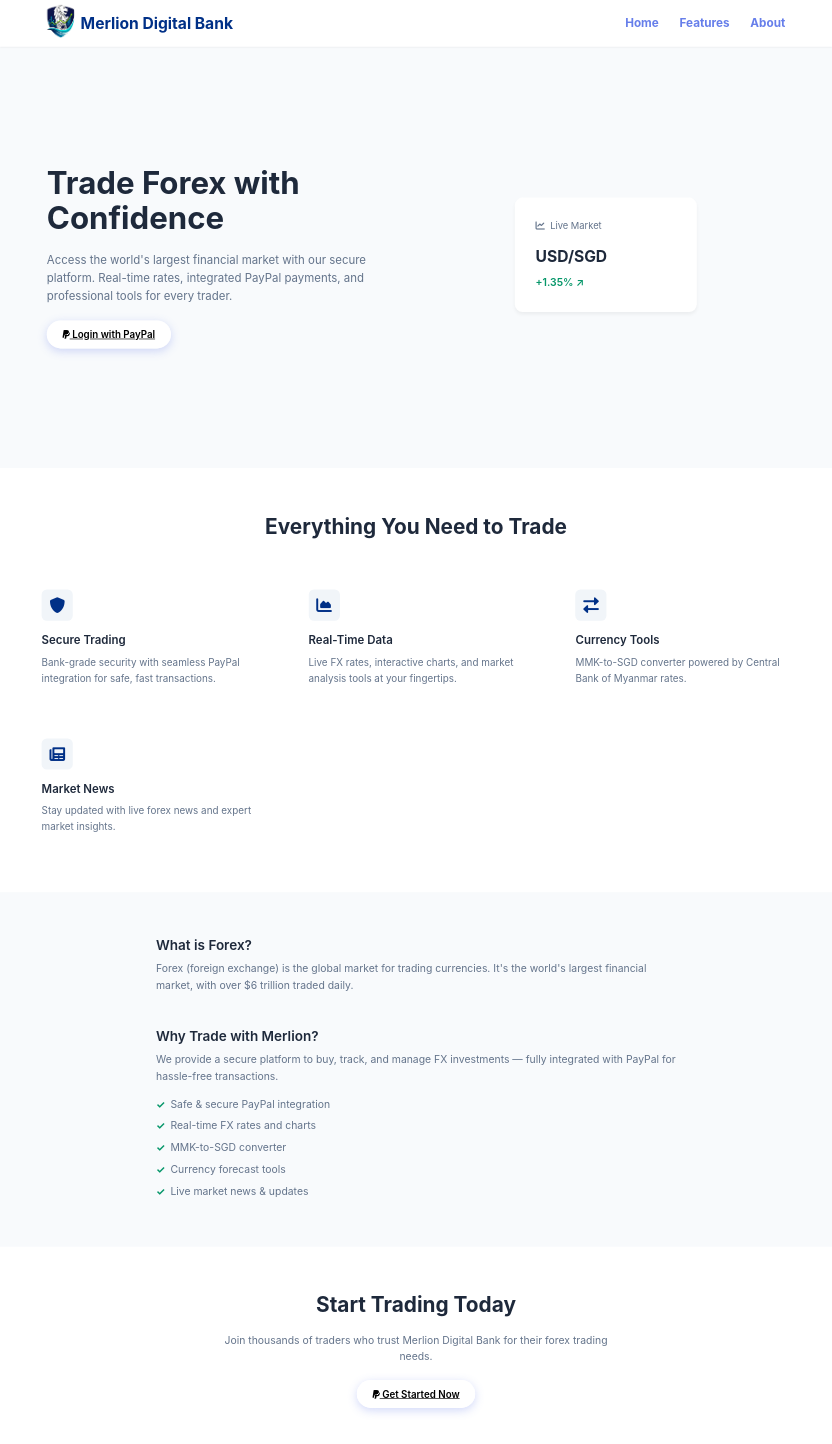
Repository: MayThetNaingBo/MerlionFX-app
Page: http://localhost/
These files come from the project's save history. The page is drawn as it stood at one moment and after a run of saves; the edit follows.
The browser window is 1280 px wide. The pictures show the whole page, at 65% of full size.
The page is served by the project's application, run on Flask 3 (app.py).

Above is the page before, as saved 2025-08-07 23:53:03.

After the next 3 saves:
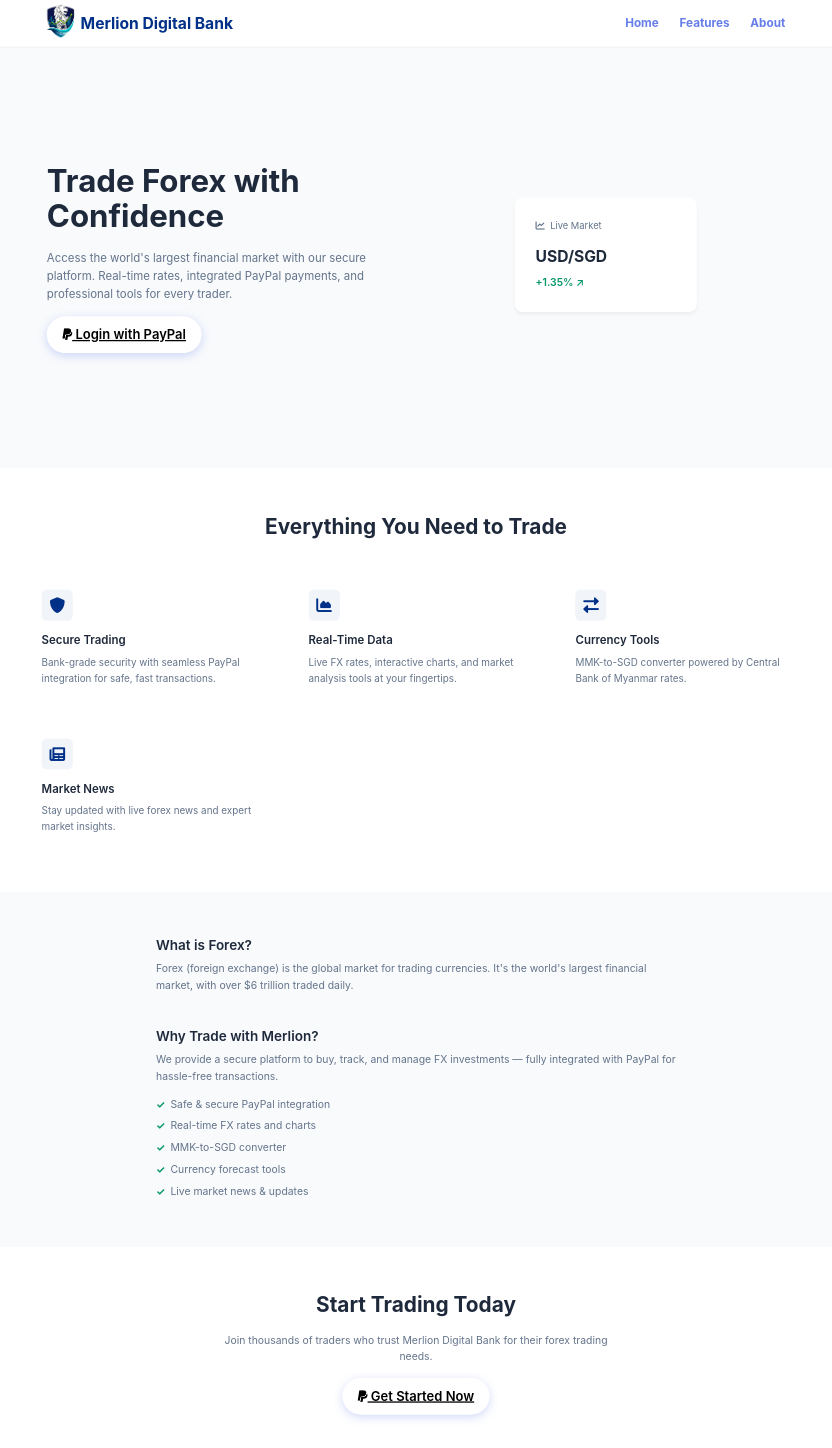
The 3 saves are shown as one change because they came seconds apart.
The last was saved 19 s later.
--- a/templates/index.html
+++ b/templates/index.html
@@ -120,8 +120,8 @@
             font-weight: 600;
             text-decoration: none;
             transition: all 0.2s; */
-            font-size: 15px;
-      padding: 12px 24px;
+            font-size: 20px;
+      padding: 16px 24px;
       background: white;
       border: none;
       border-radius: 50px;
